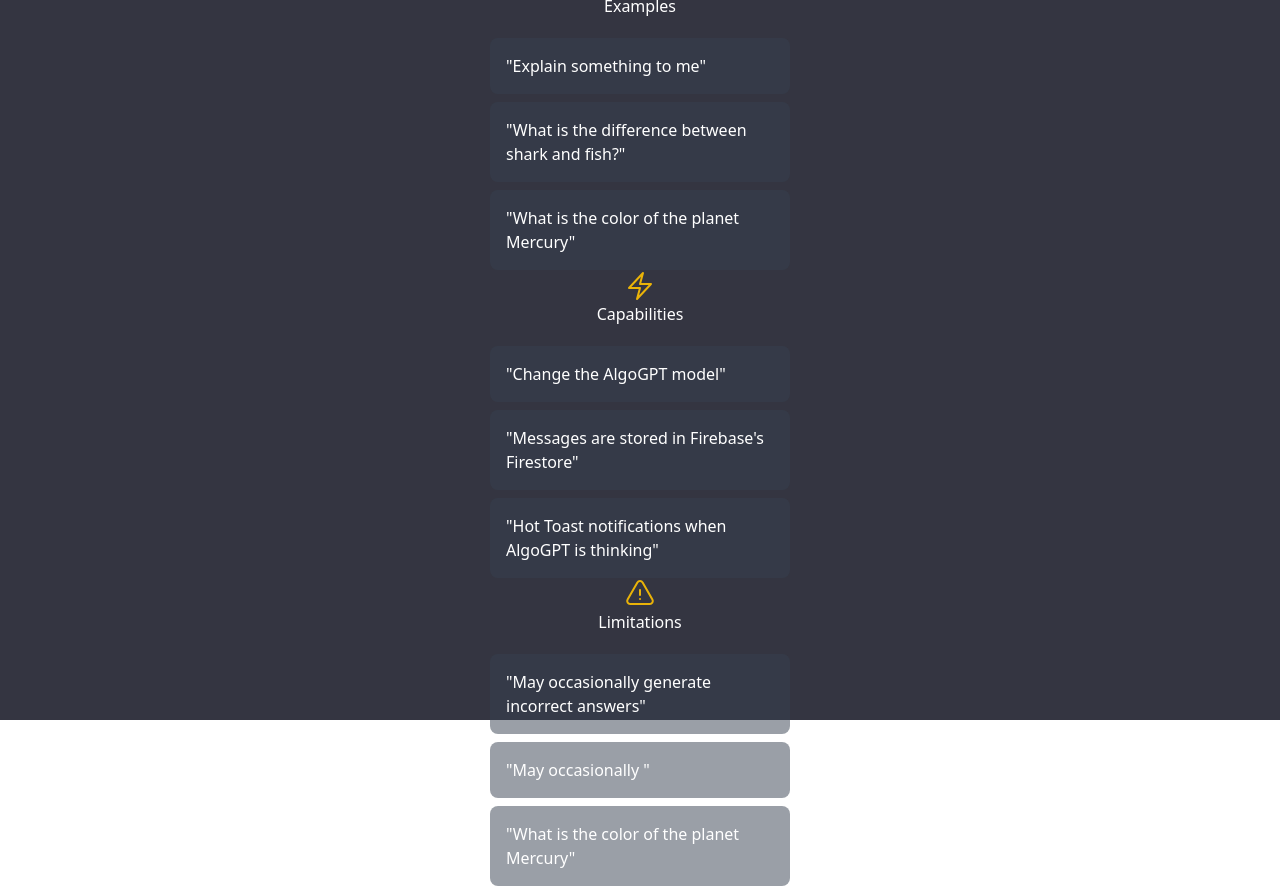
Repository: AlgoHussle/algo-gpt
Page: /
The author's editor kept a copy of each file at every save. The page is drawn from the files as they stood at one save, then again after the next save.
The browser window is 1280 px wide. The pictures show the whole page.
The project was rebuilt for these pictures with package versions that can differ from the ones it lists, and the page was loaded fresh each time. The framework's server and built-in components were replaced by stand-ins that run in the browser. Also part of the build but not shown: next.config.js.

Above is the page before, as saved 2023-02-08 16:14:32.

After the next save:
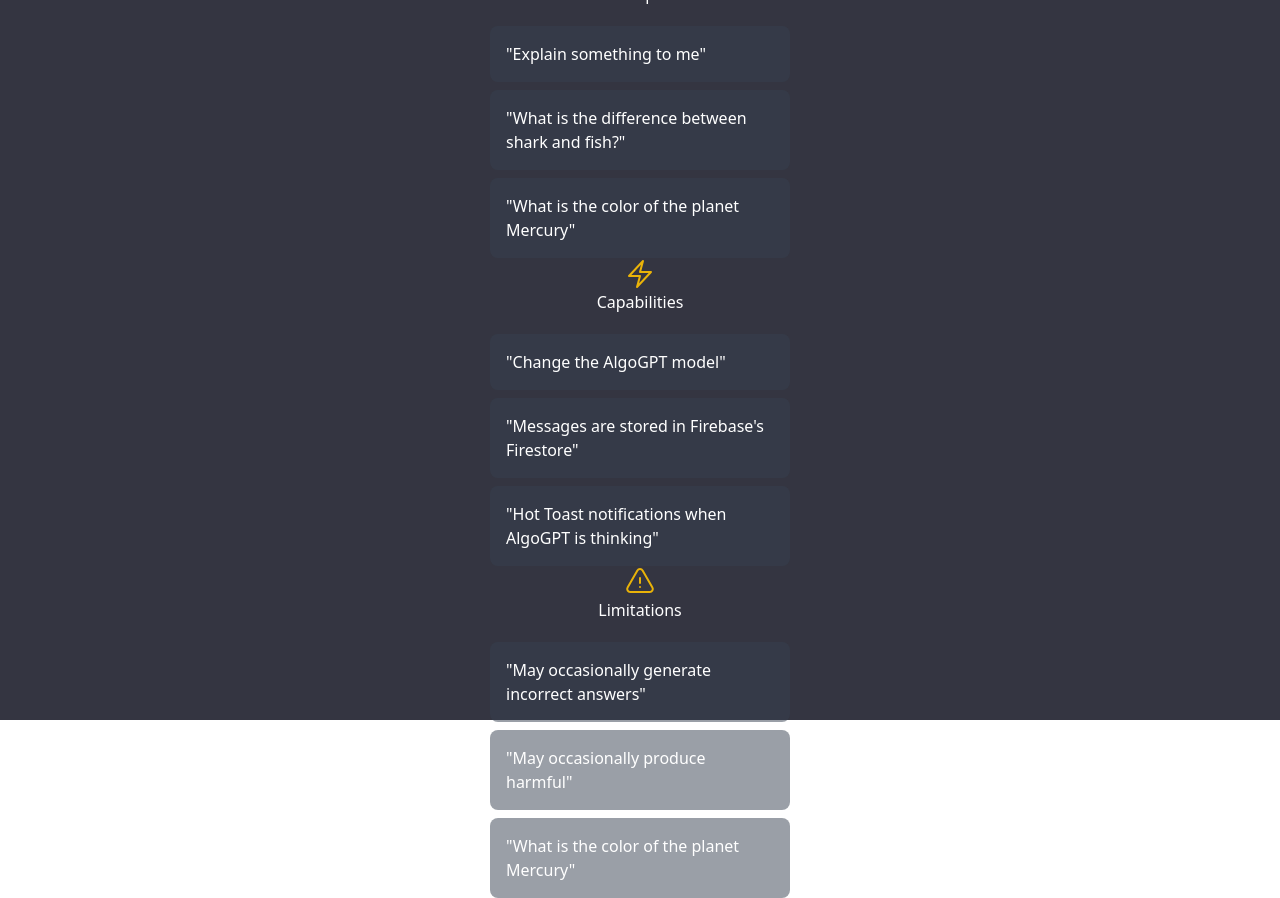
Saved 5 s later.
--- a/app/page.tsx
+++ b/app/page.tsx
@@ -44,7 +44,7 @@
 
                 <div className="space-y-2">
                     <p className="infoText">"May occasionally generate incorrect answers"</p>
-                    <p className="infoText">"May occasionally "</p>
+                    <p className="infoText">"May occasionally produce harmful"</p>
                     <p className="infoText">"What is the color of the planet Mercury"</p>
                 </div>
             </div>
